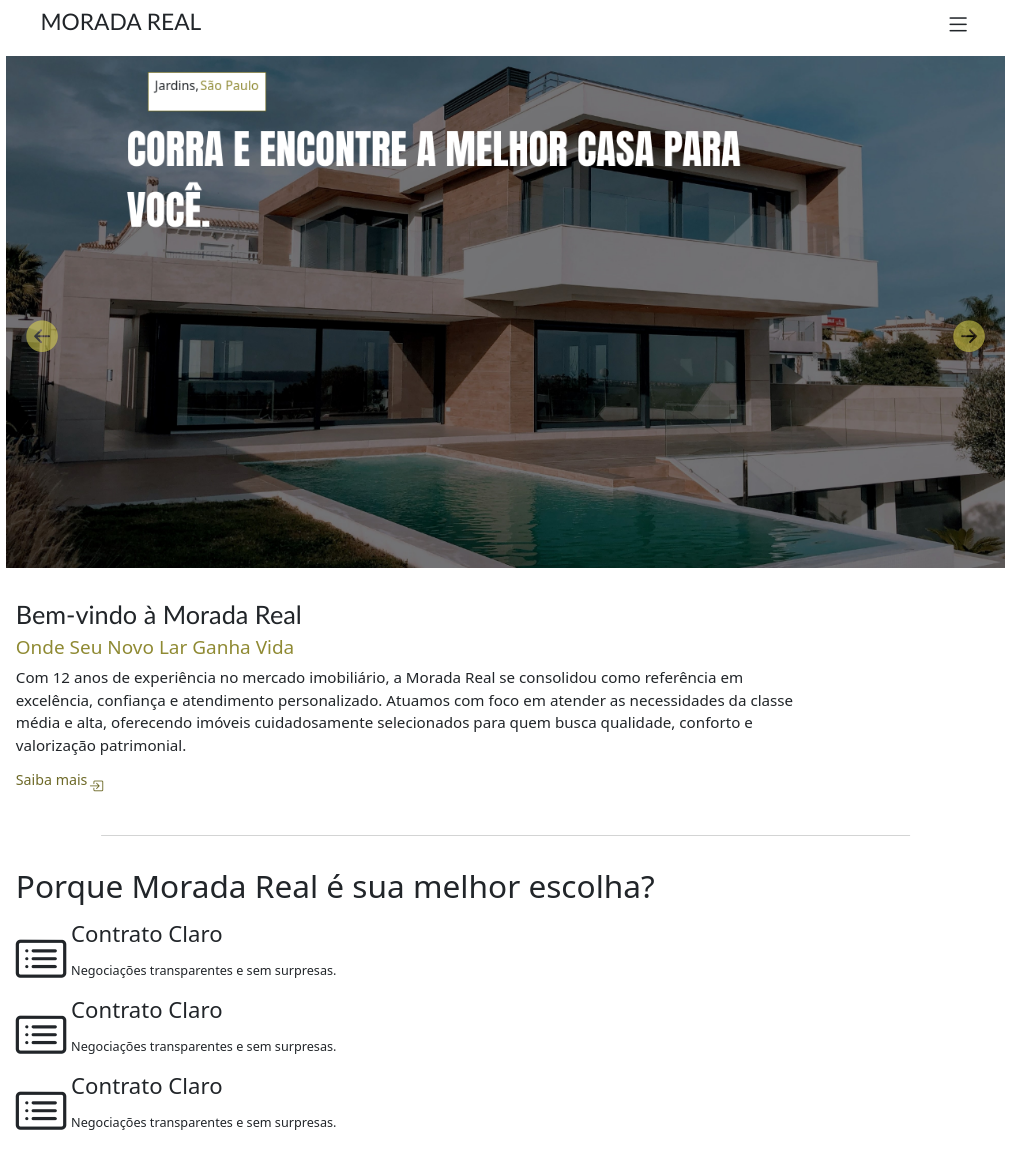
Repository: Mattyns/moradareal
Page: index.html
An editor plug-in stored every save of this project. The page is shown before and after the next save, followed by the edit.
The browser window is 1280 px wide. The pictures show the whole page, at 79% of full size.

Above is the page before, as saved 2025-07-13 17:20:07.

### index.html
<!DOCTYPE html>
<html lang="pt-br">
    <head>
        <meta charset="UTF-8" />
        <meta name="viewport" content="width=device-width, initial-scale=1.0" />
        <title>Morada Real</title>
        <link
            rel="stylesheet"
            href="https://cdnjs.cloudflare.com/ajax/libs/animate.css/4.1.1/animate.min.css"
        />
        <link
            href="https://cdn.jsdelivr.net/npm/bootstrap@5/dist/css/bootstrap.min.css"
            rel="stylesheet"
            integrity="sha384-QWTKZyjpPEjISv5WaRU9OFeRpok6YctnYmDr5pNlyT2bRjXh0JMhjY6hW+ALEwIH"
            crossorigin="anonymous"
        />
        <link
            rel="stylesheet"
            href="https://cdn.jsdelivr.net/npm/bootstrap-icons@1.11.3/font/bootstrap-icons.min.css"
        />
        <link rel="stylesheet" href="style/style.css" />
    </head>
    <body>
        <header class="header__container">

            <h1 class="logo__text">MORADA REAL</h1> <i class="bi-list menu__list"></i>
        </header>

        <main>
            <section class="contrast">

                <div class="contrast__container">
                    <div class="local local__sp">
                        <div class="local__text">
                            <p>Jardins,</p> <p class="local__text--contrast"> São Paulo</p>
                        </div>
                        <p class="text__message">CORRA E ENCONTRE A MELHOR CASA PARA VOCÊ.</p>
                    </div>
                    <div class="local local__rs">
                        <div class="local__text">
                            <p>Bela Vista,</p> <p class="local__text--contrast"> Rio Grande do Sul</p>
                        </div>
                        <p class="text__message">O LAR DOS SEUS SONHOS PODE ESTAR A UM CLIQUE DE DISTÂNCIA.</p>
                    </div>
                    <div class="local local__rj">
                        <div class="local__text">
                            <p>Leblon,</p> <p class="local__text--contrast"> Rio de Janeiro</p>
                        </div>
                        <p class="text__message">NÃO PERCA TEMPO! SUA NOVA HISTÓRIA COMEÇA AQUI.</p>
                    </div>

                </div>

                <i class="bi-arrow-left-circle-fill img__button" id="img__button--left"></i>
                <i class="bi-arrow-right-circle-fill img__button" id="img__button--right"></i>

            </section>
            <section class="present">
                <h1 class="present__title">Bem-vindo à Morada Real</h1>
                <h2 class="present__subtitle">Onde Seu Novo Lar Ganha Vida</h2>
                <p class="present__text">Com 12 anos de experiência no mercado imobiliário, a Morada Real se consolidou como referência em excelência, confiança e atendimento personalizado. Atuamos com foco em atender as necessidades da classe média e alta, oferecendo imóveis cuidadosamente selecionados para quem busca qualidade, conforto e valorização patrimonial.</p>
                <a href="#" class="button__link present__more"><p>Saiba mais</p> <i class="bi-box-arrow-in-right"></i></a>

            </section>

            <hr class="line--gray">

            <section class="services">
                <h1 class="services__title">
                    <h1>Porque Morada Real é sua melhor escolha?</h1>
                    <div class="service__container">
                        <div class="service__card service__contract">
                            <i class="service__icon bi-card-list"></i>
                            <h3 class="service__title">Contrato Claro</h3>
                            <p class="service__text">Negociações transparentes e sem surpresas.</p>
                        </div>

                        <div class="service__card service__contract">
                            <i class="service__icon bi-card-list"></i>
                            <h3 class="service__title">Contrato Claro</h3>
                            <p class="service__text">Negociações transparentes e sem surpresas.</p>
                        </div>

                        <div class="service__card service__contract">
                            <i class="service__icon bi-card-list"></i>
                            <h3 class="service__title">Contrato Claro</h3>
                            <p class="service__text">Negociações transparentes e sem surpresas.</p>
                        </div>



                    </div>
                </h1>
            </section>


        </main>

        <script src="script/carousel.js"></script>
    </body>
</html>

### style/style.css
@charset "UTF-8";

:root {
    --preto:black;
    --branco:white;
    --cor1:#D3CC4C;
    --cor2:#B1AB40;
    --cor3:#DCD650;
    --cor4:#8F8A33;
    --cor5:#6D6927;
    --cor6:#4B481B;
    --cor7:#f0eca5;
    --cor8:white;

}

* {
    margin: 0px;
    padding: 0px;
    box-sizing: border-box;
}

.header__container {
    display: flex;
    height: 20%;
    width: 100%;
    background-color: var(--branco);
    align-items: center;
    padding-top: 10px;
    padding-bottom: 10px;
}

.logo__text {
    margin-left: 4%;
    font-size: 180%;
    font-family: 'Trebuchet MS', 'Lucida Sans Unicode', 'Lucida Grande', 'Lucida Sans', Arial, sans-serif;
}

.menu__list {
    font-size: 2em;
    position: absolute;
    right: 4%;
}

.contrast {
    height: 90vh;
    margin: 8px;

    overflow: hidden;
    max-width: 100%;
    position: relative;


}

.contrast__container {

    display: flex;
  transition: transform 0.3s ease;
  will-change: transform;
  touch-action: pan-y;
}

.local {
    height: 90vh;
    background-size: cover;
    background-position: right;
     flex: 0 0 100%;
    box-sizing: border-box;
    padding: 20px; /* opcional */
}

.local__sp {
    background-image: url(../img/webaliser.jpg);

}

.local__rs {
    background-image: url(../img/brian.jpg);

}

.local__rj {
    background-image: url(../img/zoe.jpg);

}

.local__text {
    display: flex;
    background-color: var(--branco);
    width: fit-content;
    padding: 4px 0px;
    padding-left: 8px;
    padding-right: 8px;
    top: 20%;
    margin-left:13%;
    border: 1px solid var(--cor5);

}

.local__text--contrast {
    color: var(--cor4);
    margin-left: 2px;
}

.text__message {
    top: 26%;
    width: 68%;
    margin-left: 10%;
    font-size:320%;
    font-family:Impact, Haettenschweiler, 'Arial Narrow Bold', sans-serif;
    color:var(--cor8) ;
    padding: 10px;
    border-radius: 10px;
}

.img__button {
    font-size: 2.5em;
    position:absolute;
    color: #dcd55090;
    transition: color 0.8s ease;

}

.img__button:hover {
    color: #DCD650;
    transition: color 0.8s ease;
}

.img__button.disabled {
  color: #ccc;  /* cinza claro */
  cursor: not-allowed;
  opacity: 0.6;
}

#img__button--left {
    left: 2%;
    top: 50%;
}

#img__button--right {
    right: 2%;
    top: 50%;
}


.present {
    margin: 0px 20px;
    margin-top: 40px;
}

.present__title {
    text-align: left;
    font-family: 'Trebuchet MS', 'Lucida Sans Unicode', 'Lucida Grande', 'Lucida Sans', Arial, sans-serif;
    font-size: 2em;

}

.present__subtitle {
    font-size: 1.5em;
    color: var(--cor4);

}

.present__text {
    width: 80%;
    font-size: 1.2em;
    margin-top: 10px;
    margin-bottom: 15px;
}

.button__link {
    text-decoration: none;
    color: white;
    font-size: 18px;

}

.present__more {
    color: var(--cor5);
    display: flex;
    align-items: center;

}

.present__more > p {
    margin-right: 2px;
}

.line--gray {
    width: 80%;
    margin: auto;
    margin-top: 40px;
}

.services {
    margin: 20px;
    margin-top: 40px;
}

.service__container {
    margin-top: 20px;
}

.service__card {
  display: grid;
  grid-template-columns: auto 1fr; /* coluna 1 para o ícone, coluna 2 para o conteúdo */
  grid-template-rows: auto auto;   /* duas linhas */
  gap: 2px; /* opcional: espaço entre elementos */
  align-items: start;
}

.service__icon {
    grid-row: 1 / 3;   /* ocupa da linha 1 até antes da 3 (ou seja, 2 linhas) */
    grid-column: 1;    /* fica na coluna 1 */

    font-size: 4em;
    margin-right: 4px;
    color: ;
}

.service__title {
  grid-row: 1;       /* linha 1 */
  grid-column: 2;    /* coluna 2 */
}

.service__text {
  grid-row: 2;       /* linha 2 */
  grid-column: 2;    /* coluna 2 */
  width: 80%;
}

### script/carousel.js
const container = document.querySelector('.contrast__container');
const slides = document.querySelectorAll('.local');

let isDragging = false;
let startPos = 0;
let currentTranslate = 0;
let prevTranslate = 0;
let animationID;
let currentIndex = 0;

slides.forEach((slide, index) => {
  slide.addEventListener('touchstart', touchStart(index));
  slide.addEventListener('touchend', touchEnd);
  slide.addEventListener('touchmove', touchMove);

  slide.addEventListener('mousedown', touchStart(index));
  slide.addEventListener('mouseup', touchEnd);
  slide.addEventListener('mouseleave', touchEnd);
  slide.addEventListener('mousemove', touchMove);
});

function touchStart(index) {
  return function (event) {
    currentIndex = index;
    startPos = getPositionX(event);
    isDragging = true;

    animationID = requestAnimationFrame(animation);
  };
}

function touchMove(event) {
  if (!isDragging) return;
  const currentPosition = getPositionX(event);
  currentTranslate = prevTranslate + currentPosition - startPos;
}

function touchEnd() {
  cancelAnimationFrame(animationID);
  isDragging = false;

  const movedBy = currentTranslate - prevTranslate;

  if (movedBy < -100 && currentIndex < slides.length - 1) currentIndex++;
  if (movedBy > 100 && currentIndex > 0) currentIndex--;

  setPositionByIndex();
}

function getPositionX(event) {
  return event.type.includes('mouse') ? event.pageX : event.touches[0].clientX;
}

function animation() {
  setSliderPosition();
  if (isDragging) requestAnimationFrame(animation);
}

function setSliderPosition() {
  container.style.transform = `translateX(${currentTranslate}px)`;
}

function setPositionByIndex() {
  currentTranslate = currentIndex * -container.offsetWidth;
  prevTranslate = currentTranslate;
  setSliderPosition();
  updateButtons();
}


const imgLeft = document.getElementById('img__button--left');
const imgRight = document.getElementById('img__button--right');

imgLeft.addEventListener('click', imgSlideLeft);
imgRight.addEventListener('click', imgSlideRight);


function imgSlideLeft() {
  if (currentIndex > 0) {
    currentIndex--;
    setPositionByIndex();
  }
}

function imgSlideRight() {
  if (currentIndex < slides.length - 1) {
    currentIndex++;
    setPositionByIndex();
  }
}

// Função para ativar/desativar os botões conforme o slide atual
function updateButtons() {
  if (currentIndex === 0) {
    imgLeft.classList.add('disabled');
  } else {
    imgLeft.classList.remove('disabled');
  }

  if (currentIndex === slides.length - 1) {
    imgRight.classList.add('disabled');
  } else {
    imgRight.classList.remove('disabled');
  }
}

After the next save:
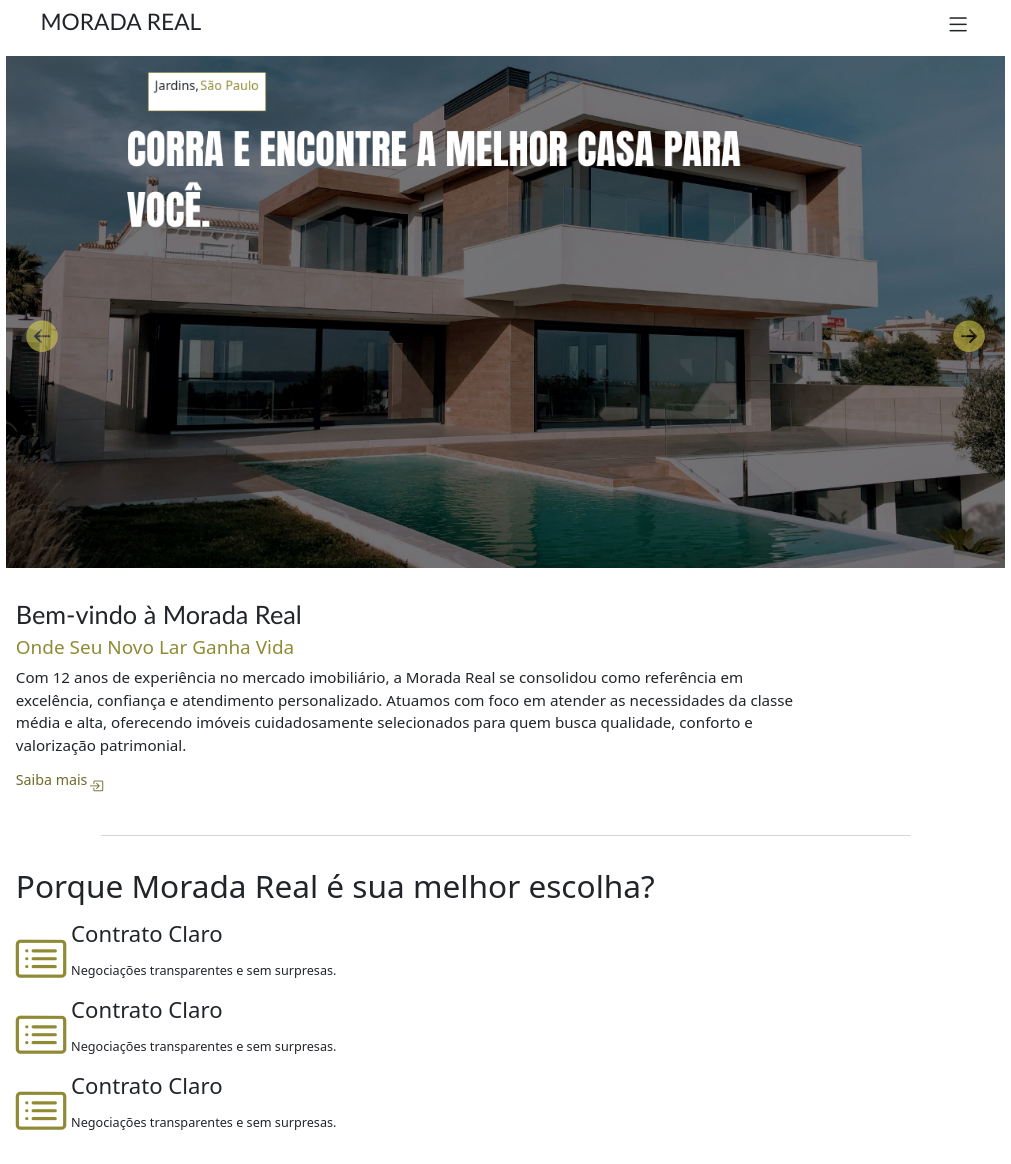
Saved 4 s later.
--- a/style/style.css
+++ b/style/style.css
@@ -216,7 +216,7 @@
 
     font-size: 4em;
     margin-right: 4px;
-    color: ;
+    color: var(--cor4);
 }
 
 .service__title {
